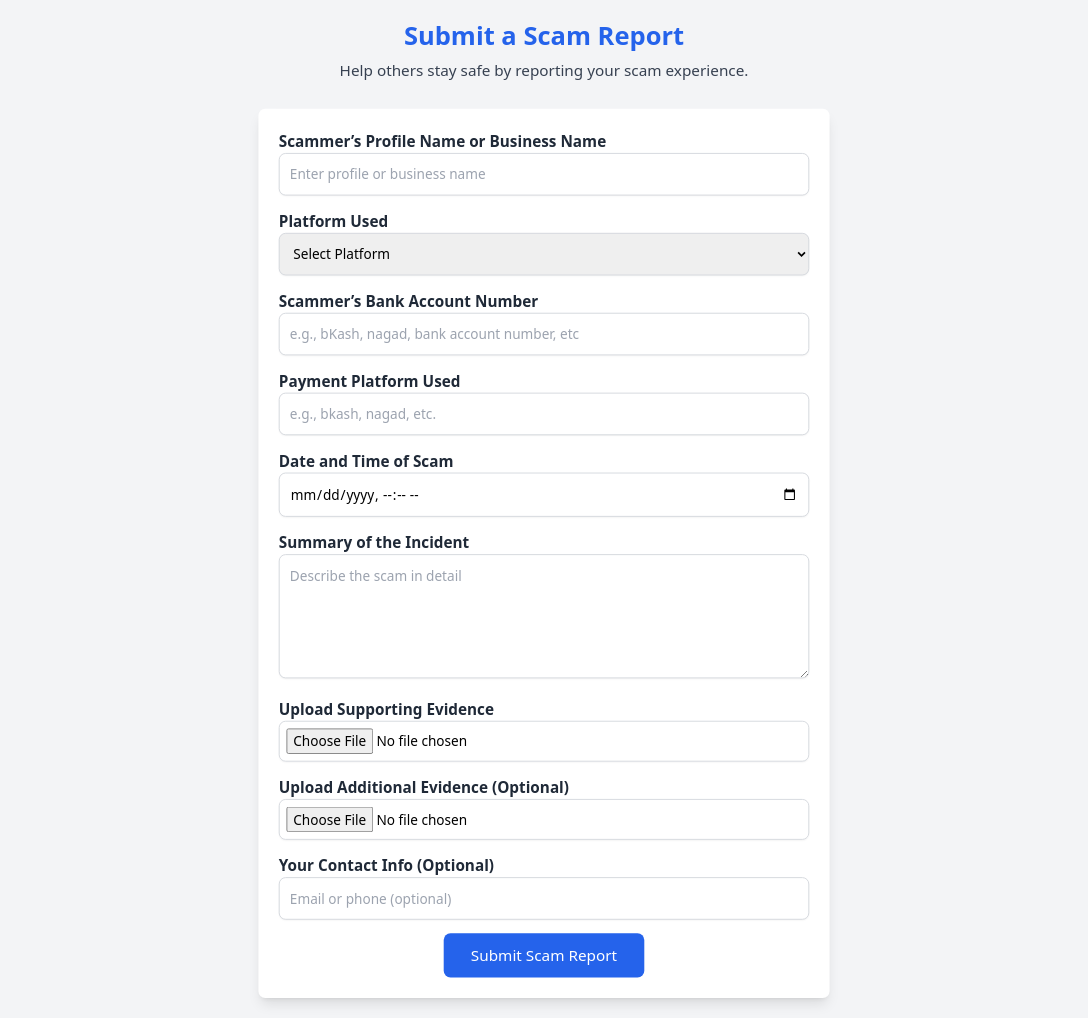
Repository: dev-athar/protarok
Page: /submit-scam
An editor plug-in stored every save of this project. The page is shown before and after the next save, followed by the edit.
The browser window is 1280 px wide. The pictures show the whole page, at 85% of full size.
The project was rebuilt for these pictures with package versions that can differ from the ones it lists, and the page was loaded fresh each time. Also part of the build but not shown: vite.config.ts, src/pages/HomePage.tsx, src/pages/SearchResultsPage.tsx.

Above is the page before, as saved 2024-12-29 15:15:32.

After the next save:
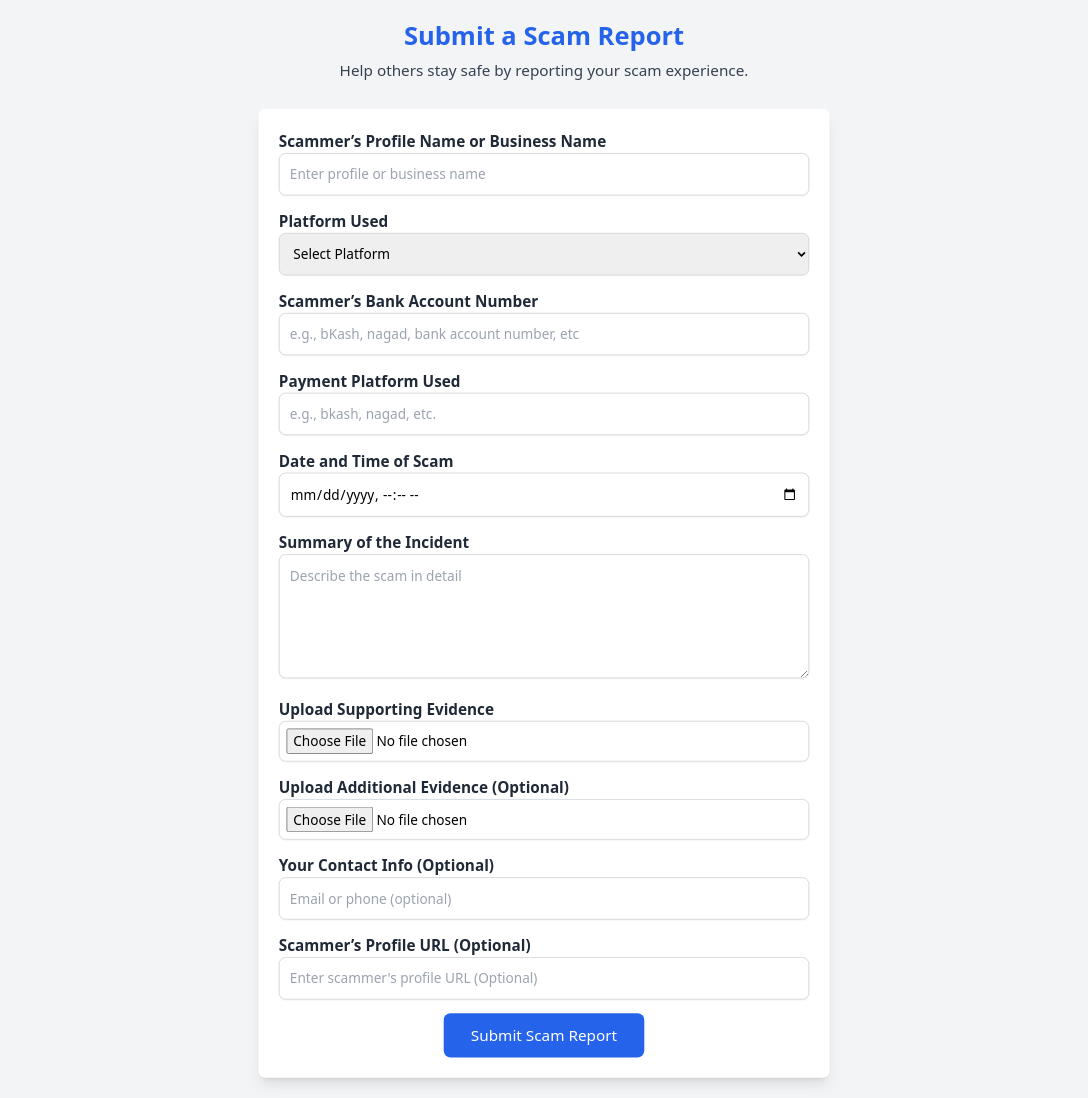
Saved 50 s later.
--- a/src/pages/SubmitScamPage.tsx
+++ b/src/pages/SubmitScamPage.tsx
@@ -251,7 +251,24 @@ const SubmitScamPage = () => {
               placeholder="Email or phone (optional)"
             />
           </div>
-
+          {/* Scammer Profile URL */}
+          <div className="mb-4">
+            <label
+              htmlFor="scamProfileUrl"
+              className="block text-lg font-semibold text-gray-800"
+            >
+              Scammer’s Profile URL (Optional)
+            </label>
+            <input
+              type="url"
+              id="scamProfileUrl"
+              name="scamProfileUrl"
+              value={formData.scamProfileUrl}
+              onChange={handleChange}
+              className="w-full p-3 border border-gray-300 rounded-lg shadow-sm focus:outline-none focus:ring-2 focus:ring-blue-500"
+              placeholder="Enter scammer's profile URL (Optional)"
+            />
+          </div>
           {/* Submit Button */}
           <div className="text-center">
             <button
